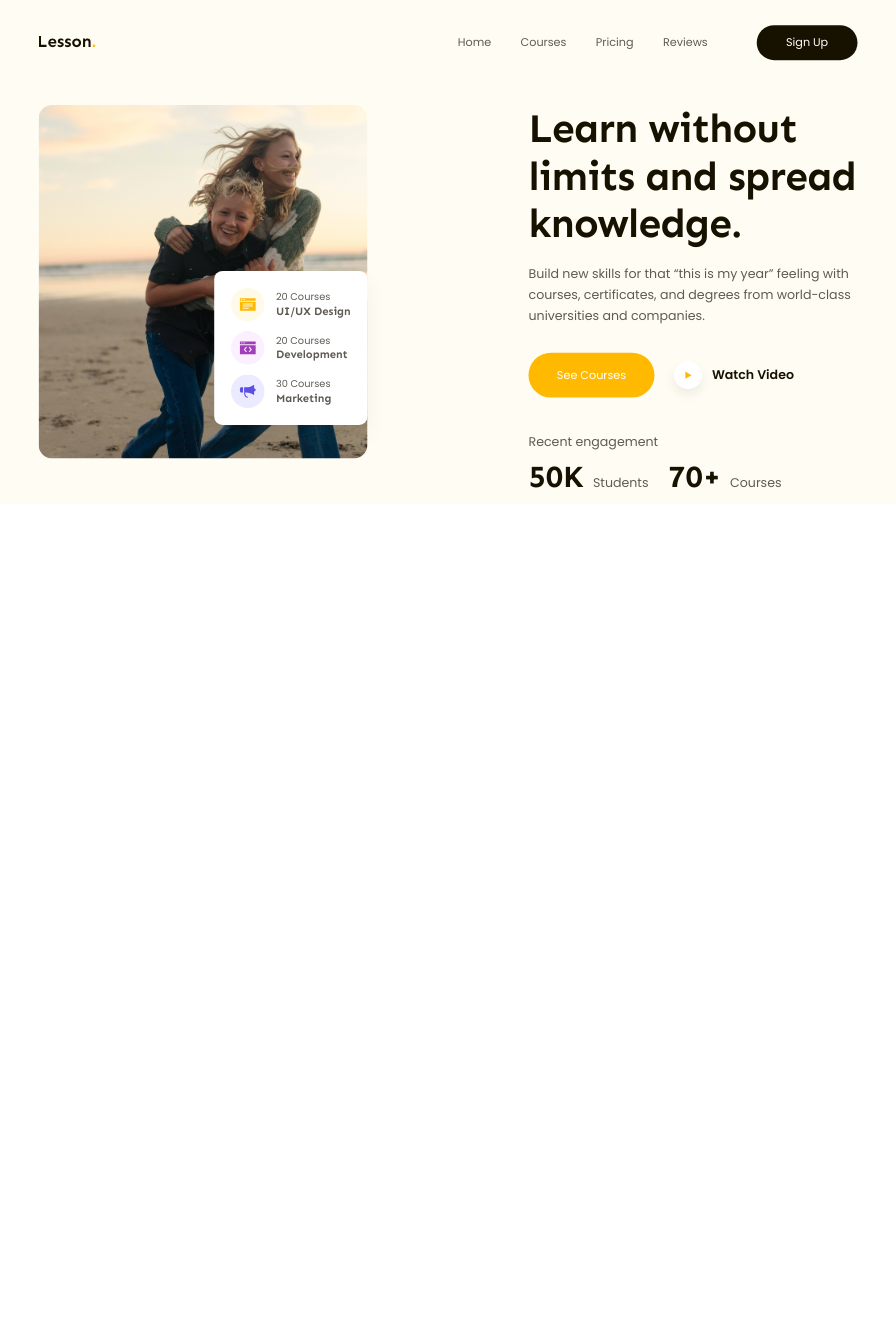
Repository: tinhtranjp/htmlcss-01
Page: index.html
These files come from the project's save history. The page is drawn as it stood at one moment and after the next save; the edit follows.
The browser window is 1280 px wide. The pictures show the part of the page from y = 0 to 1920 px (the page is 5000 px tall), at 70% of full size.

Above is the page before, as saved 2023-01-20 02:41:51.

After the next save:
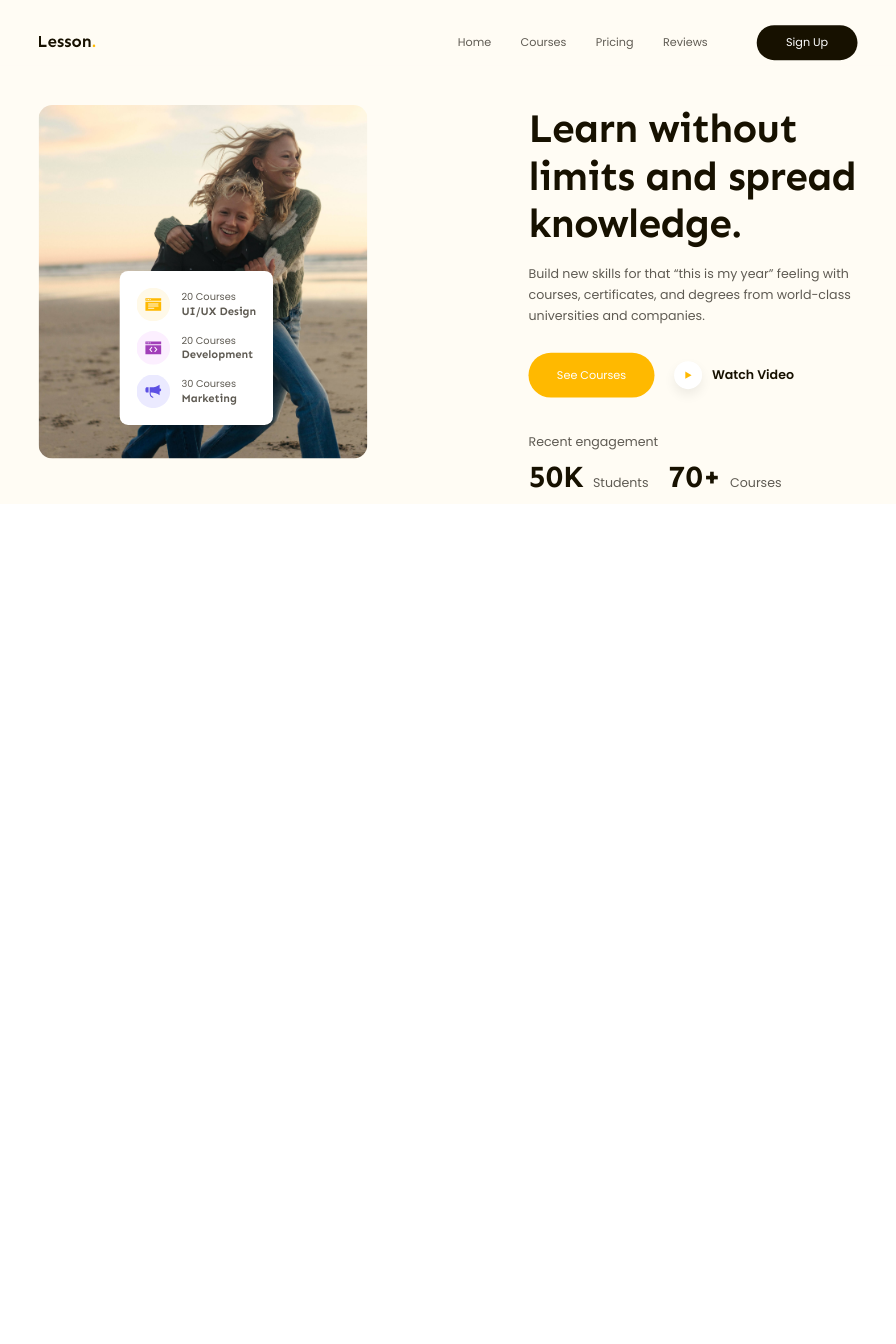
Saved 53 s later.
--- a/assets/css/styles.css
+++ b/assets/css/styles.css
@@ -100,7 +100,7 @@
   padding: 24px;
   border-radius: 12px;
   bottom: 48px;
-  right: 0;
+  right: 135px;
   box-shadow: 0px 16px 32px rgba(0, 0, 0, 0.05);
 }
 
